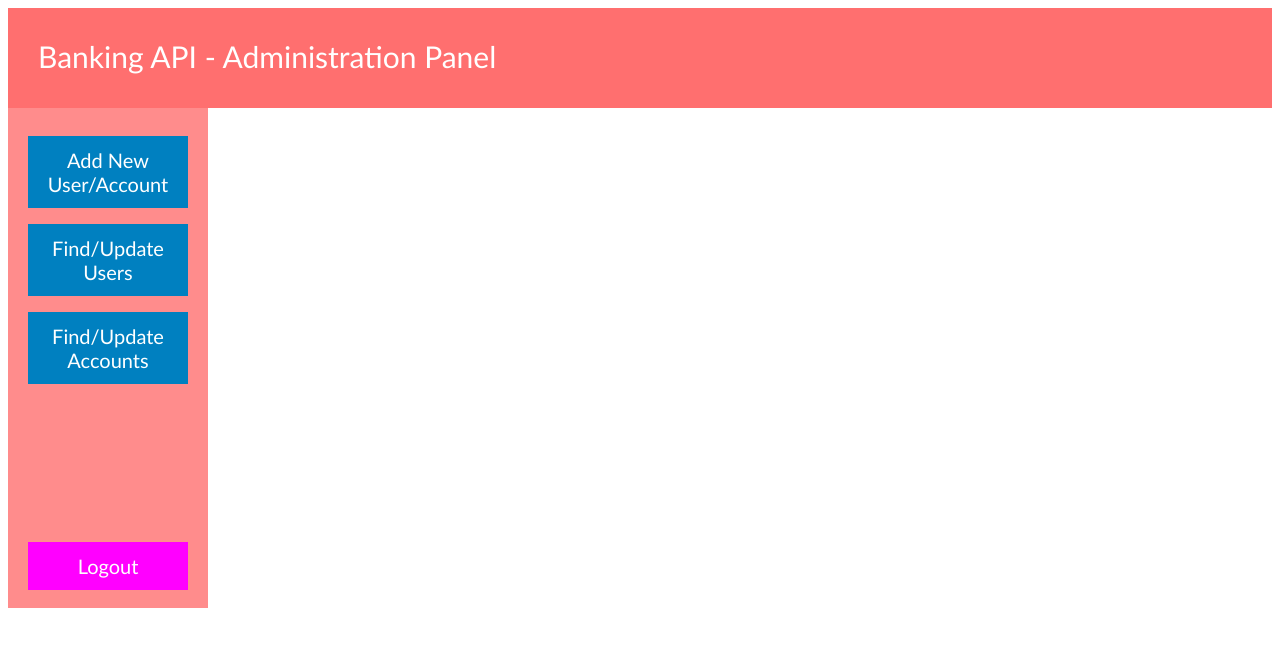
Repository: kennyufish/Revature_ROCP1_Project_Banking_API
Page: banking_api/src/main/webapp/adminInfo.html
The author's editor kept a copy of each file at every save. The page is drawn from the files as they stood at one save, then again after the next save.
The browser window is 1280 px wide. The pictures show the whole page.

Above is the page before, as saved 2020-10-13 21:17:42.

### banking_api/src/main/webapp/adminInfo.html
<!DOCTYPE html>
<html>
<head>
<meta charset="ISO-8859-1">
<meta name="viewport" content="width=device-wirdth, initial-scale=1">
<link rel="stylesheet" type="text/css" href="bankapi.css"/>
<style>
* {
	font-size: 20px;
}
header{
	background-color: #ff3333;
}
.subHeading1, th {
	background-color: #ff0000;
}
nav{
	background-color: #ff8c8c;
}
article{
	background-color: #ffd0d0;
}
button {
	background-color: #0080c0;
}
.logoutButton {
	background-color: fuchsia;
}
</style>
<title>User Panel</title>
</head>
<body>
	<header>Banking API - Administration Panel</header>
	<section>
		<nav >
			<form action="addUserAccount" method="post">
				<button type="submit">Add New User/Account</button>
			</form>
			<form action="findUpdateUsers" method="get">
				<button type="submit">Find/Update Users</button>
			</form>
			<form action="findUpdateAccounts" method="post">
				<button type="submit">Find/Update Accounts</button>
			</form>

			<form action="logout" method="post">
				<button class="logoutButton" type="submit">Logout</button>
			</form>
		</nav>
	</section>

</body>
</html>

### banking_api/src/main/webapp/bankapi.css
* {
	font-family: "Trebuchet MS", Arial, Helvetica, sans-serif;
	box-sizing: border-box;
}

.loginInput {
	width: 100%;
	padding: 10px 15px;
	margin: 8px 0;
	display: inline-block;
	boxing-sizing: border-box;
}

.loginLayout {
	font-size: 20px;
	background-color: powderblue;
	border: 2px solid black;
	padding: 30px;
	width: 35%;
	margin: 20px auto;
}

.topNoticeGreen {
	color: black;
	background-color: green;
	width: 100%;
	padding: 20px;
	text-align: center;
}

.topNoticeWarning {
	color: black;
	background-color: red;
	width: 100%;
	padding: 20px;
	text-align: center;
}

.topNoticeUpdateSuccess {
	color: white;
	background-color: green;
	width: 100%;
	padding: 20px;
	text-align:left;
}

.topNoticeUpdateFail {
	color: black;
	background-color: red;
	width: 100%;
	padding: 20px;
	text-align:left;
}

.userInfoHeader {
	background-color: #007AA6;
}

.userModifyInput {
	width: 100%;
}

.UserLayout {
	font-size: 20px;
	background-color: powderblue;
	border: 2px solid black;
	padding: 20px;
	width: 100%;
	height: 550px;
	margin: 0 auto;
}

.logoutButton {
	background-color: red;
	color: white;
	padding: 12px 15px;
	margin: 8px 0;
	border: none;
	cursor: pointer;
	width: 100%;
	margin-top: 150px;
}

.subHeading1 {
	font-size: 25px;
	background-color: #007AA6;
	color: white;
	padding: 12px 10px;
	margin: 8px 0;
	border: none;
	width: 800px;
}

.smallButton {
	background-color: #804000;
	color: white;
	padding: 12px 10px;
	margin: 8px 0;
	margin-right:8px;
	border: none;
	cursor: pointer;
	width: 150px;
}

.smallButtonFullWidth {
	background-color: #804000;
	color: white;
	padding: 12px 10px;
	margin: 8px 0;
	margin-right:8px;
	border: none;
	cursor: pointer;
	width: 100%;
}

.findBar{
	width: 600px;
	display: inline;
	float: left;
	border-style:hidden;
}

.findButton{
	float:left;
	margin-left:20px;
}

/*Common styling*/
header{
	opacity: 0.7;
	color: white;
	padding: 30px;
	font-size: 30px;
	height: 100px;
	width: 100%;
}
nav{
	float: left;
	width: 200px;
	background-color: #5BBCDF;
	padding: 20px;
	height: 500px;
}
article {
	witdth: 100%;
	height: 500px;
	background-color: powderblue;
	padding: 20px;
	margin-left: 200px;
	overflow: auto;
}

th {
	background-color: #007AA6;
	color: white;
}

tr:hover {
	background-color: #7FA574;
}

table, td, th {
	border-collapse: collapse;
	text-align: left;
	border: 1px solid black;
	padding: 8px 15px;
	width:800px;
}

button {
	background-color: #7FA574;
	color: white;
	padding: 12px 10px;
	margin: 8px 0;
	border: none;
	cursor: pointer;
	width: 100%;
}

button:hover {
	opacity: 0.7
}

After the next save:
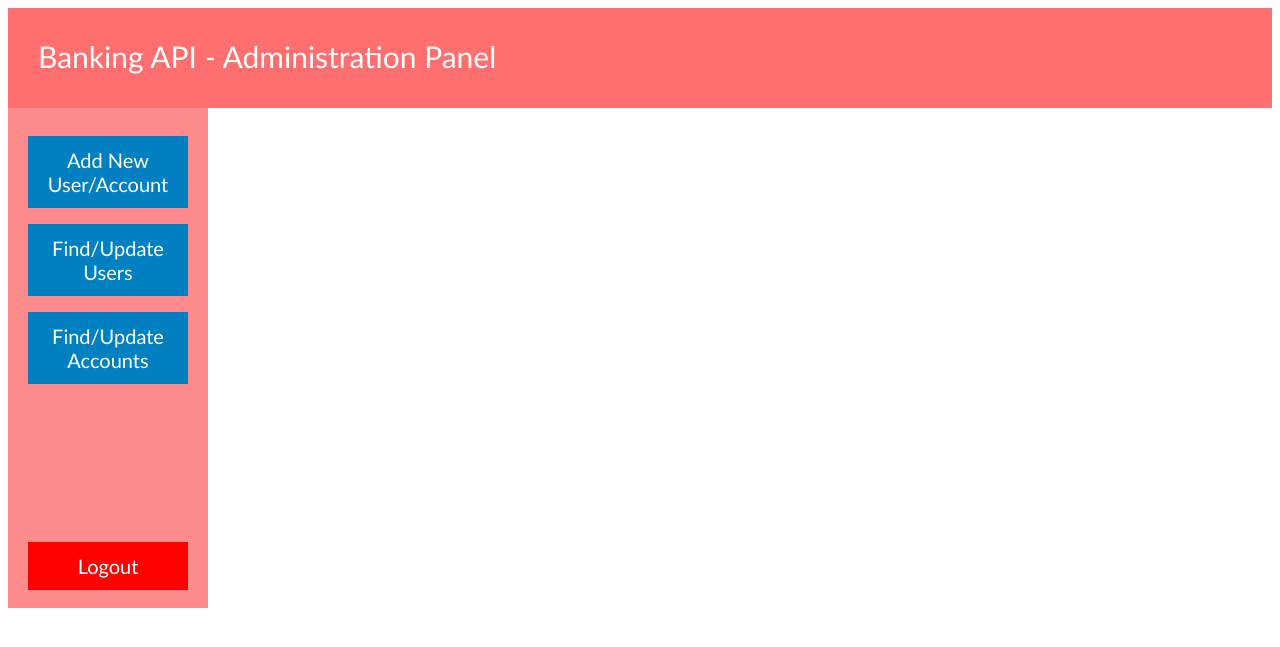
Saved 67 s later.
--- a/banking_api/src/main/webapp/adminInfo.html
+++ b/banking_api/src/main/webapp/adminInfo.html
@@ -22,9 +22,6 @@ article{
 }
 button {
 	background-color: #0080c0;
-}
-.logoutButton {
-	background-color: fuchsia;
 }
 </style>
 <title>User Panel</title>
